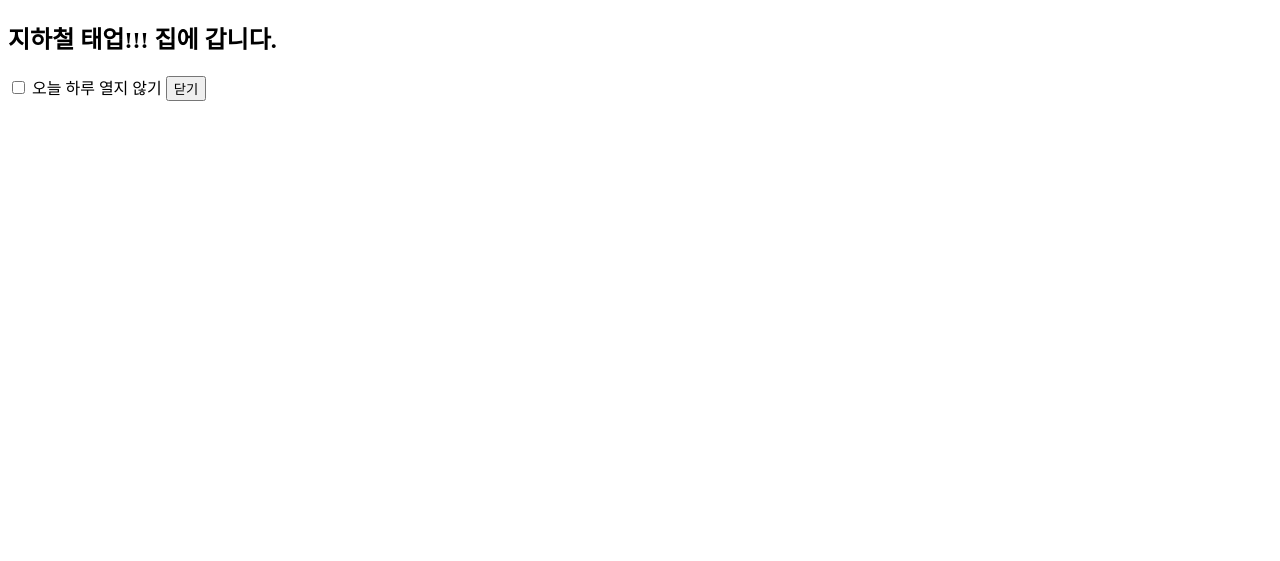
Repository: 2JISUN/hta-lecture-basic
Page: http://localhost/jsp02/popup-main.jsp
An editor plug-in stored every save of this project. The page is shown before and after the next save, followed by the edit.
The browser window is 1280 px wide. The pictures show the whole page.
The page is served by Tomcat 9. Other server files are loaded and not shown.

Above is the page before, as saved 2023-09-14 02:04:58.

### jsp-lecture/jsp02/src/main/webapp/popup-main.jsp
<%@ page language="java" contentType="text/html; charset=UTF-8"
    pageEncoding="UTF-8"%>
<!DOCTYPE html>
<html>
<head>
<meta charset="UTF-8">
<title>Insert title here</title>
</head>
<body>
	<aside id="popup">
		<h2>지하철 태업!!! 집에 갑니다.</h2>
		<label>
			<input type="checkbox" id="today" value="1">
			<span>오늘 하루 열지 않기</span>
		</label>
		<button id="closebtn">닫기</button>
	</aside>
</body>
</html>

After the next save:
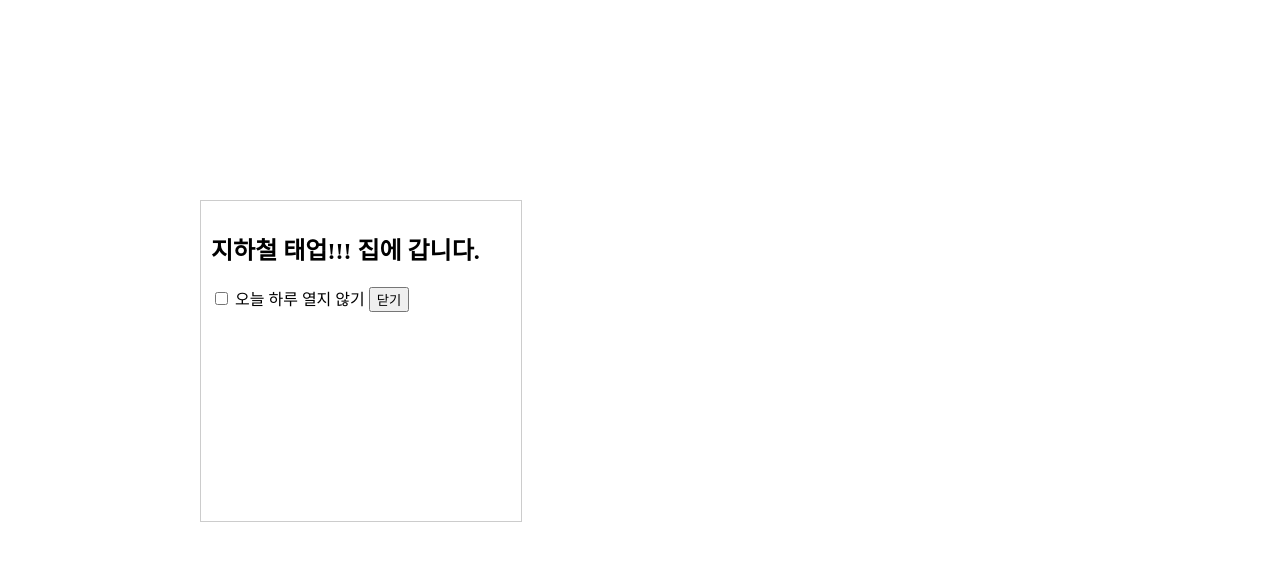
Saved 2 min 29 s later.
--- a/jsp-lecture/jsp02/src/main/webapp/popup-main.jsp
+++ b/jsp-lecture/jsp02/src/main/webapp/popup-main.jsp
@@ -5,6 +5,18 @@
 <head>
 <meta charset="UTF-8">
 <title>Insert title here</title>
+<style>
+ 	#popup{
+ 		width:300px;
+ 		height:300px;
+ 		position:absolute;
+ 		left:200px;
+ 		top:200px;
+ 		background:#fff;
+ 		padding:10px;
+ 		border:1px solid #ccc;
+ 	}
+</style>
 </head>
 <body>
 	<aside id="popup">
